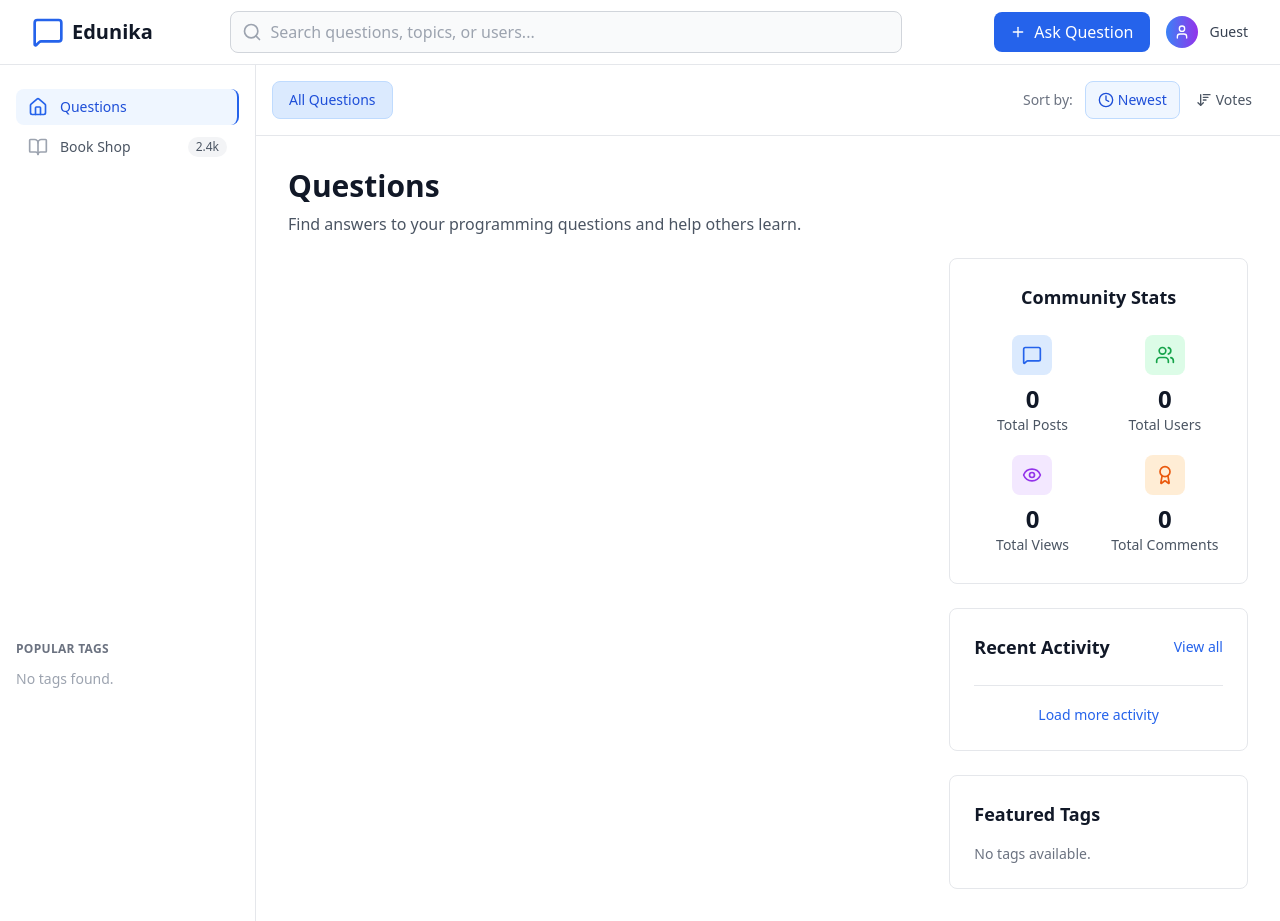
Repository: Ruddro420/forum-front-end
Page: /
The author's editor kept a copy of each file at every save. The page is drawn from the files as they stood at one save, then again after the next save.
The browser window is 1280 px wide. The pictures show the whole page.
The page's requests for data from a server got no answer. The project was rebuilt for these pictures with package versions that can differ from the ones it lists, and the page was loaded fresh each time. No one was signed in, and anything a server would have sent is missing. Also part of the build but not shown: vite.config.js, src/Pages/Home.jsx, src/components/Question/QuestionCard.jsx, src/components/Question/AddQuestionSidebar.jsx, src/Pages/AskQuestion.jsx, src/Pages/ShopPage.jsx, src/Pages/QuestionDetail.jsx, src/Pages/ChatInterface.jsx and 6 more.

Above is the page before, as saved 2025-08-07 01:47:38.

After the next save:
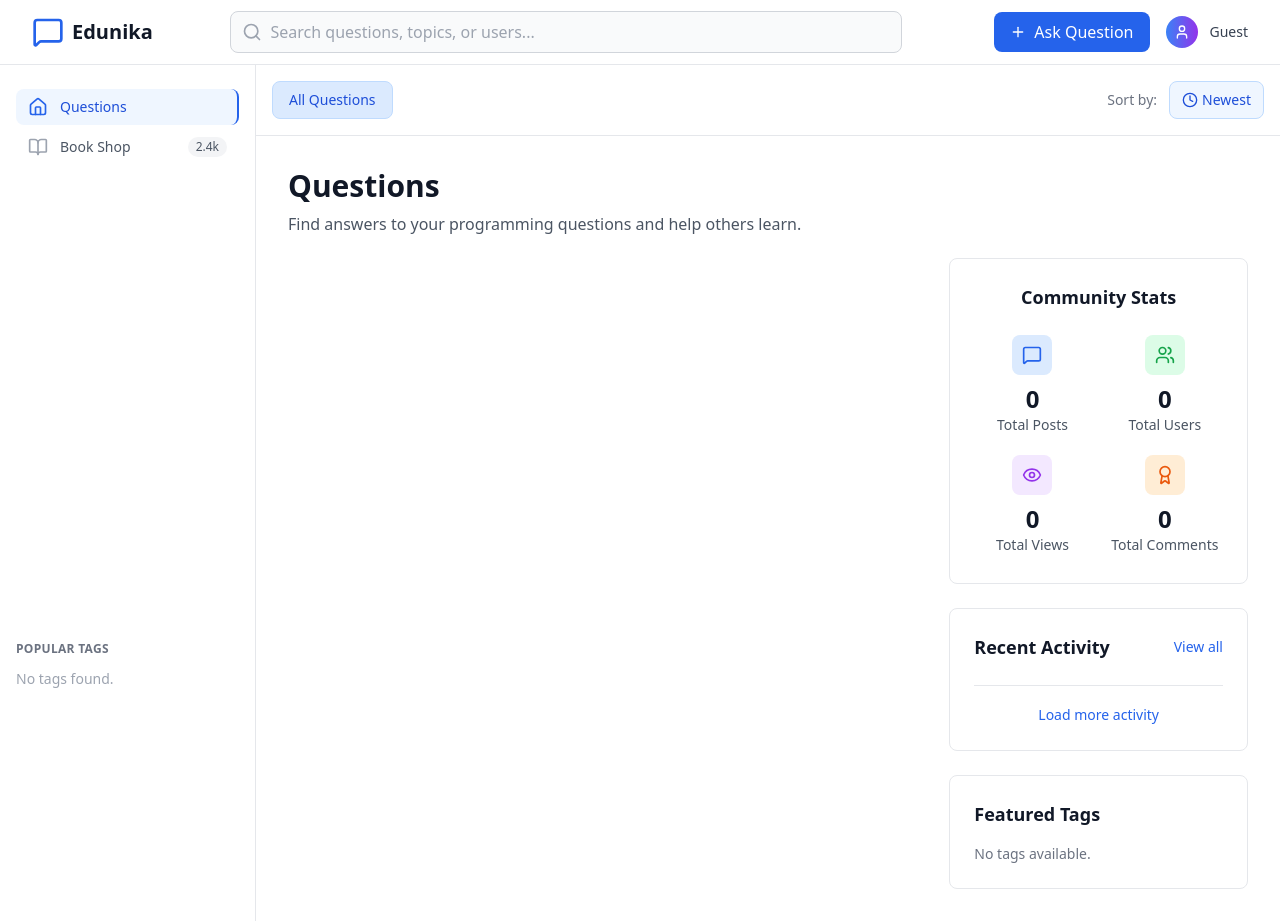
Saved 13 s later.
--- a/src/components/FilterBar.jsx
+++ b/src/components/FilterBar.jsx
@@ -9,7 +9,7 @@ const FilterBar = () => {
   const filterOptions = [
     { id: 'newest', label: 'Newest', icon: Clock },
     // { id: 'active', label: 'Active', icon: TrendingUp },
-    { id: 'votes', label: 'Votes', icon: SortDesc },
+    // { id: 'votes', label: 'Votes', icon: SortDesc },
     // { id: 'bounty', label: 'Bounty', icon: Award },
   ];
 
